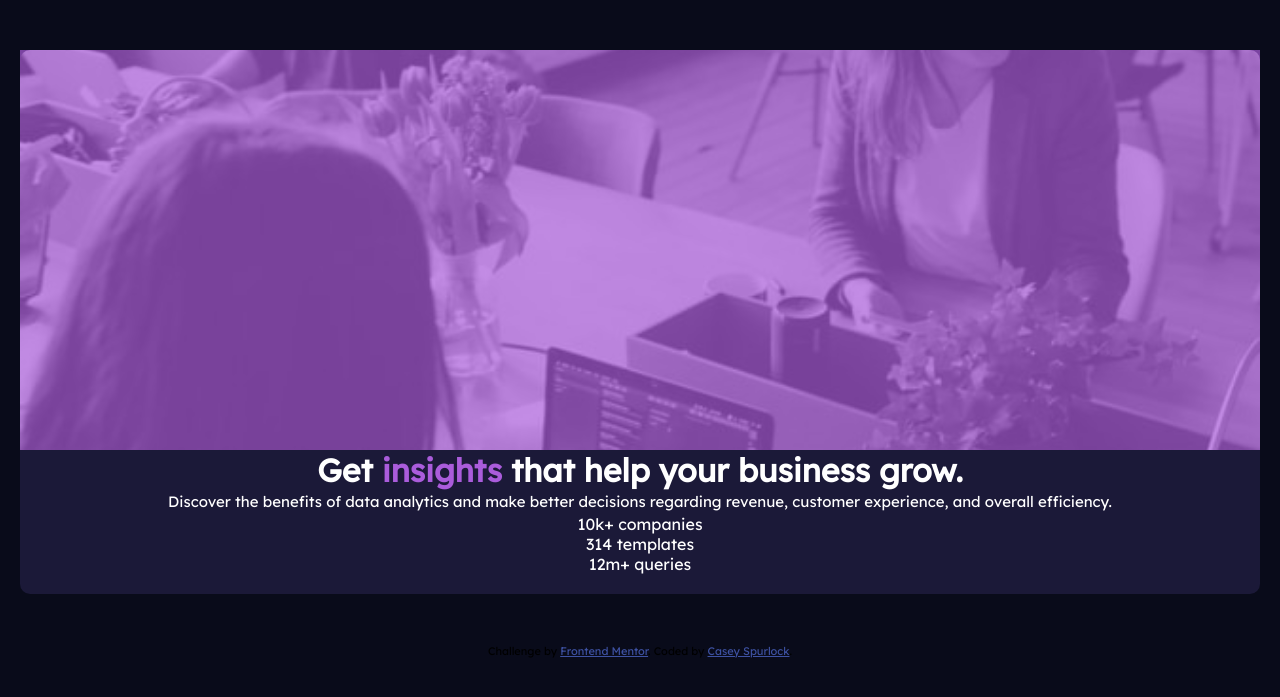
Repository: CaseySpurlock/stats-prewiew-component
Page: index.html
These files come from the project's save history. The page is drawn as it stood at one moment and after the next save; the edit follows.
The browser window is 1280 px wide. The pictures show the whole page.

Above is the page before, as saved 2021-06-22 01:20:31.

After the next save:
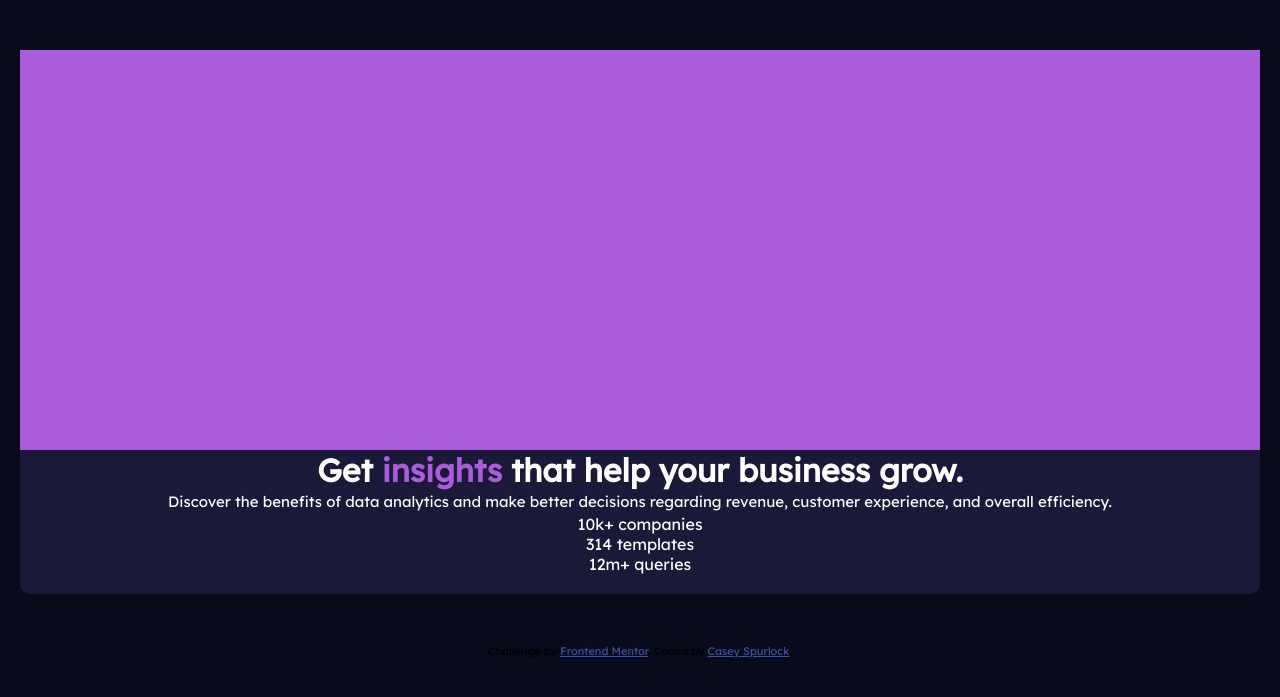
Saved 28 s later.
--- a/styles.css
+++ b/styles.css
@@ -48,7 +48,7 @@
 }
 
 .container .picture .overlay {
-    background-color: hsla(277, 64%, 61%, .7);
+    background-color: var(--Soft-violet);
     height: 400px;
 }
 

After the 2 saves that followed:
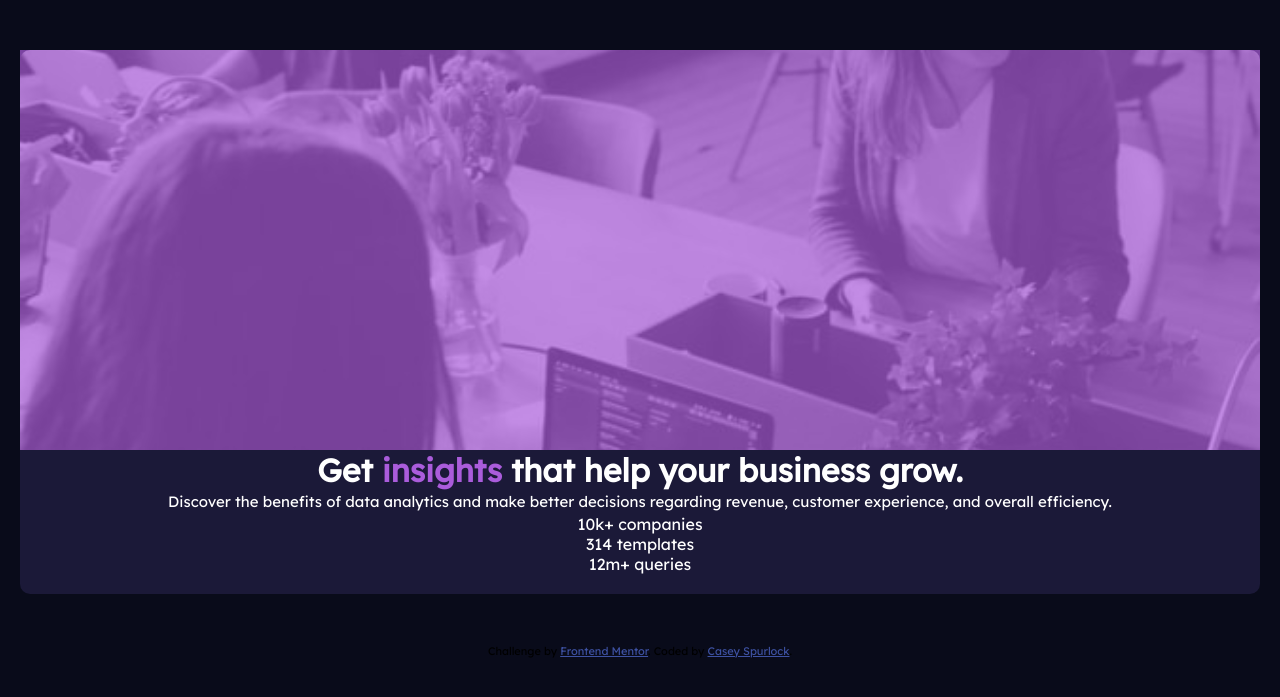
The 2 saves are shown as one change because 1 left the picture as it was.
The last was saved 94 s later.
--- a/styles.css
+++ b/styles.css
@@ -48,7 +48,7 @@
 }
 
 .container .picture .overlay {
-    background-color: var(--Soft-violet);
+    background-color: hsl(277, 64%, 61%, .7);
     height: 400px;
 }
 
